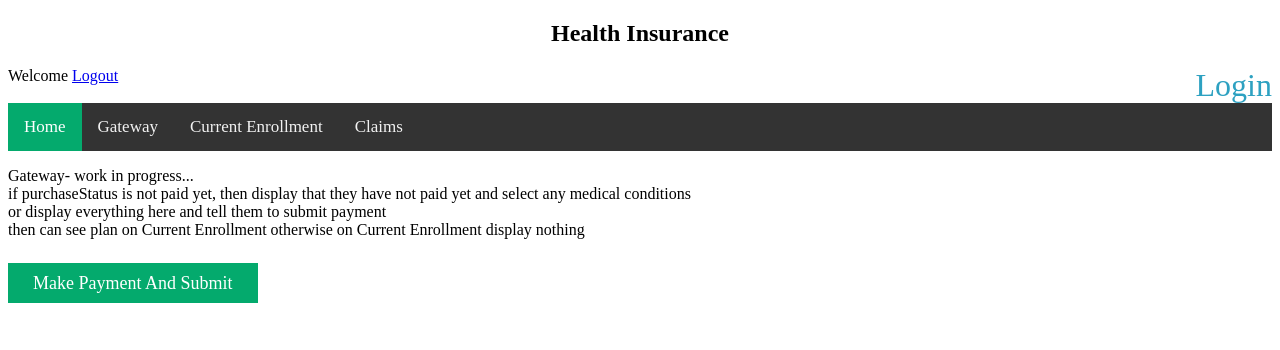
Repository: TohnyLuong/InsuranceApp
Page: http://localhost/InsuranceGateway/WEB-INF/views/gateway.jsp
The author's editor kept a copy of each file at every save. The page is drawn from the files as they stood at one save, then again after the next save.
The browser window is 1280 px wide. The pictures show the whole page.
The page is served by Tomcat 9. Nobody is signed in. Other server files are loaded and not shown. The template is opened directly, without the code that normally fills it, so the values that code supplies are empty.

Above is the page before, as saved 2022-04-01 08:44:59.

### InsuranceGateway/src/main/webapp/WEB-INF/views/gateway.jsp
<%@ page language="java" contentType="text/html; charset=ISO-8859-1"
    pageEncoding="ISO-8859-1"%>
<%@  taglib uri="http://java.sun.com/jsp/jstl/core" prefix="c" %>
<%@ taglib uri="http://www.springframework.org/tags/form" prefix="frm" %>
<!DOCTYPE html>
<html>
<head>
	<meta charset="ISO-8859-1">
	<title>Gateway</title>
	<link rel="stylesheet" href="${pageContext.request.contextPath }/css/home.css">
	<link rel="stylesheet" href="${pageContext.request.contextPath }/css/Top-Navigation.css">
	<link rel="stylesheet" href="${pageContext.request.contextPath }/css/gateway.css">
	<script src="https://code.jquery.com/jquery-3.6.0.min.js" integrity="sha256-/xUj+3OJU5yExlq6GSYGSHk7tPXikynS7ogEvDej/m4=" crossorigin="anonymous"></script>
	<script src="${pageContext.request.contextPath }/js/gateway.js"></script>
</head>

<body>

<h2 style="text-align:center">Health Insurance</h2>

<p>
	<div class="content">
    	<a class="login" href="${pageContext.request.contextPath }/login">Login</a>
	</div>
	 	Welcome <label id = "username"> ${pageContext.request.userPrincipal.name }</label>  <a href= "${pageContext.request.contextPath }/login?logout"> Logout </a>
	<br/><br/>
	<div class="topnav">
	  	<a class="active" href= "${pageContext.request.contextPath }/home"> Home </a>
	  	<a href= "${pageContext.request.contextPath }/gateway"> Gateway </a>
	  	<a href= "${pageContext.request.contextPath }/gateway/currentenrollment"> Current Enrollment </a>
		<a href= "${pageContext.request.contextPath }/gateway/claims"> Claims </a>
	</div>

</p>

<div>
	<main class="main-content">

	Gateway- work in progress...<br/>
	if purchaseStatus is not paid yet, then display that they have not paid yet
	and select any medical conditions<br/>
	or display everything here and tell them to submit payment<br/>
	then can see plan on Current Enrollment otherwise on Current Enrollment display nothing<br/>

	</main>

	<br/>
	<p id="alreadyPaidMsg" style="font: 200px;"></p>
	<a id="makePayment" class="button" href="${pageContext.request.contextPath }/gateway/payment"> Make Payment And Submit </a>
</div>

</body>
</html>

### InsuranceGateway/src/main/resources/static/css/home.css

* {
  box-sizing: border-box;
}

.columns {
  float: left;
  width: 33.3%;
  padding: 8px;
}

.price {
  list-style-type: none;
  border: 1px solid #eee;
  margin: 0;
  padding: 0;
  -webkit-transition: 0.3s;
  transition: 0.3s;
}

.price:hover {
  box-shadow: 0 8px 12px 0 rgba(0,0,0,0.2)
}

.price .header {
  background-color: #111;
  color: white;
  font-size: 25px;
}

.price li {
  border-bottom: 1px solid #eee;
  padding: 20px;
  text-align: center;
}

.price .grey {
  background-color: #eee;
  font-size: 20px;
}

.button {
  background-color: #04AA6D;
  border: none;
  color: white;
  padding: 10px 25px;
  text-align: center;
  text-decoration: none;
  font-size: 18px;
}

.content {
    position: relative
}

.header {
    color: #2da1c1;
    font-size: xx-large;
    text-decoration: none;
}

.header:hover
{
    color: #f90;
    text-decoration: underline;
}

.login {
    color: #2da1c1;
    font-size: xx-large;
    text-decoration: none;
    position: absolute;
    right: 0;
}

.login:hover
{
    color: #f90;
    text-decoration: underline;
}

@media only screen and (max-width: 600px) {
  .columns {
    width: 100%;
  }
}

### InsuranceGateway/src/main/resources/static/css/gateway.css

.style1 {
	border-collapse: collapse;
}
.style1 th {
	background-color: #DDDDDD;
	white-space: nowrap;
}
.style1 .d {
	white-space: nowrap;
}
.style1 .n {

	padding-left: 20px;
	text-align: right;
}

Loaded but not shown: InsuranceGateway/src/main/resources/static/css/Top-Navigation.css (common file); InsuranceGateway/src/main/resources/static/js/gateway.js (no copy from this time; the picture is the same without it)

After the next save:
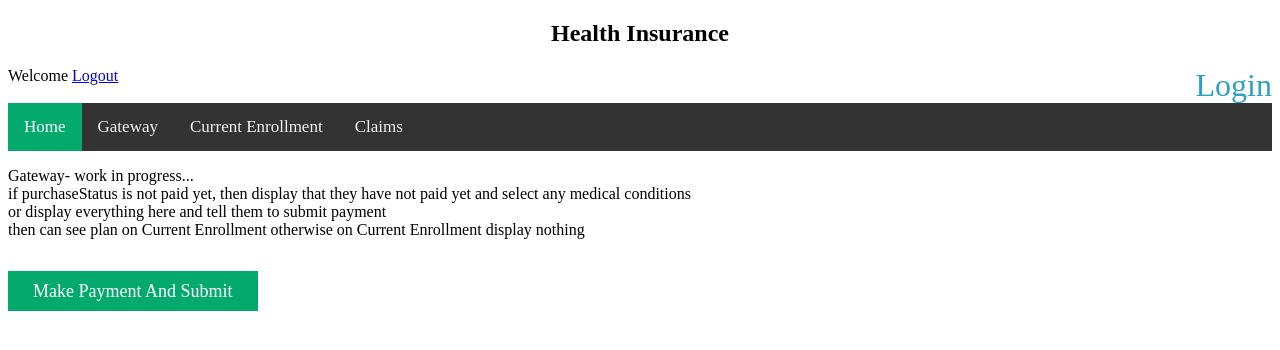
Saved 24 s later.
--- a/InsuranceGateway/src/main/webapp/WEB-INF/views/gateway.jsp
+++ b/InsuranceGateway/src/main/webapp/WEB-INF/views/gateway.jsp
@@ -45,7 +45,7 @@
 	</main>
 
 	<br/>
-	<p id="alreadyPaidMsg" style="font: 200px;"></p>
+	<p id="alreadyPaidMsg" style="font-size: 150%;"></p>
 	<a id="makePayment" class="button" href="${pageContext.request.contextPath }/gateway/payment"> Make Payment And Submit </a>
 </div>
 
